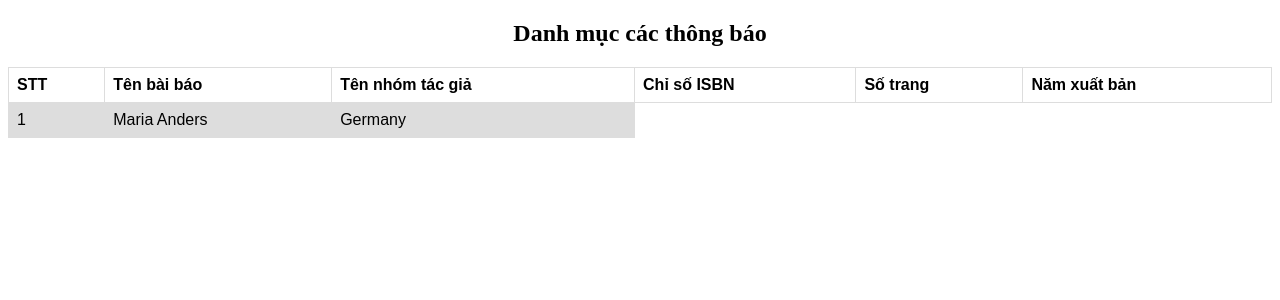
Repository: thanhdatdev/paper-project
Page: http://localhost/papers
The author's editor kept a copy of each file at every save. The page is drawn from the files as they stood at one save, then again after the next save.
The browser window is 1280 px wide. The pictures show the whole page.
The page is served by the project's Node server (app.js).

Above is the page before, as saved 2020-10-30 10:45:54.

After the next save:
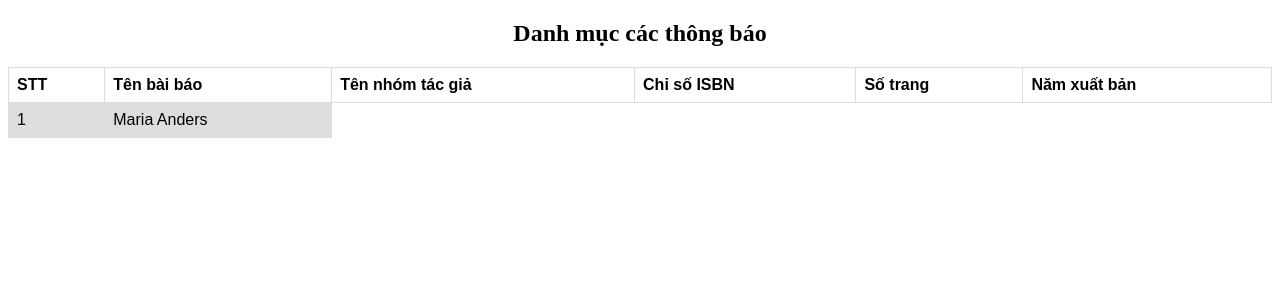
Saved 11 s later.
--- a/views/index.ejs
+++ b/views/index.ejs
@@ -25,7 +25,6 @@
         <tr>
             <td>1</td>
             <td>Maria Anders</td>
-            <td>Germany</td>
         </tr>
     </table>
 </body>
